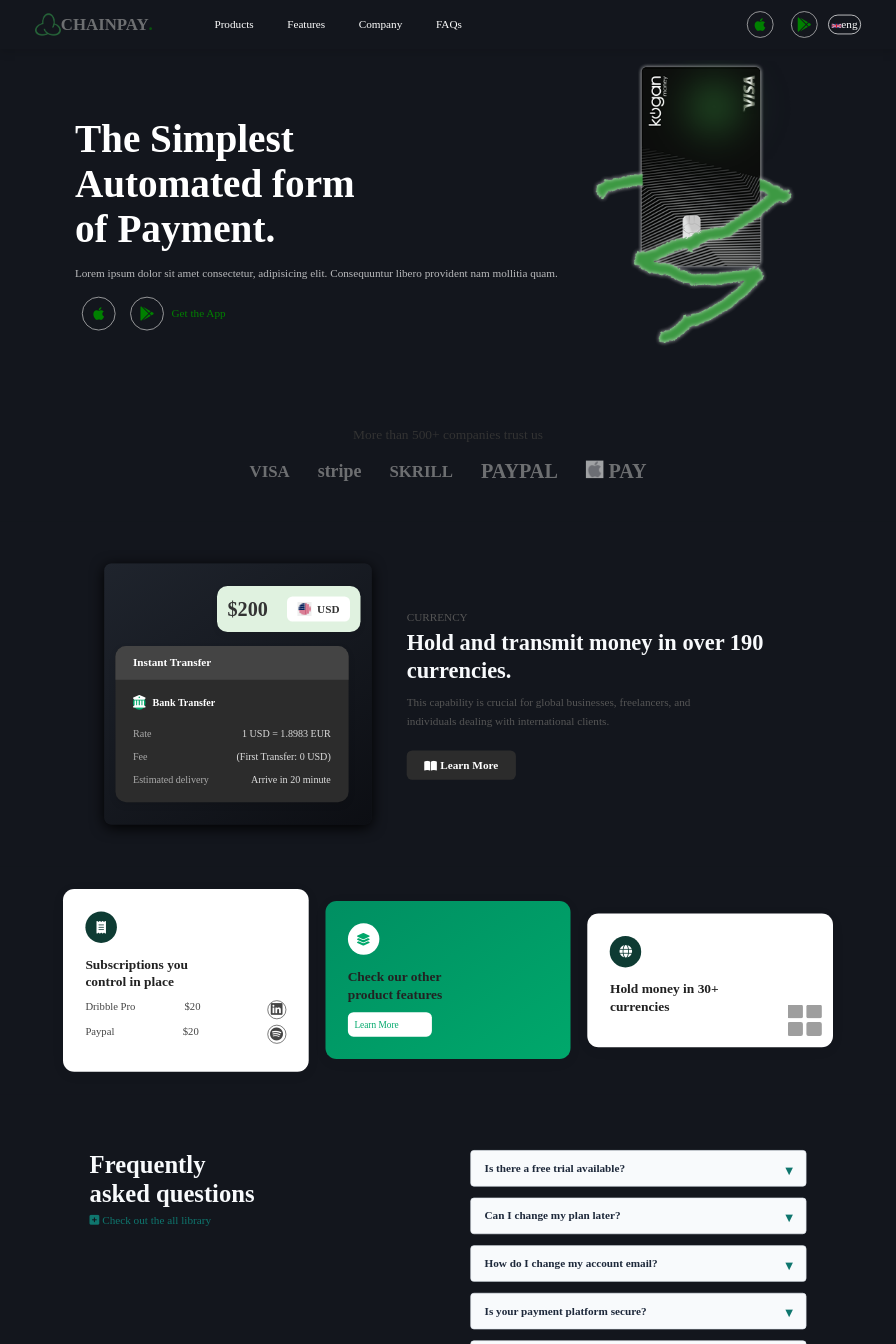
Repository: Austinokezie/Fintech-landing-page
Page: Chainpay.html
The author's editor kept a copy of each file at every save. The page is drawn from the files as they stood at one save, then again after the next save.
The browser window is 1280 px wide. The pictures show the part of the page from y = 0 to 1920 px (the page is 3010 px tall before and 3016 px after), at 70% of full size.
Pictures or frames that could not be fetched are drawn as grey boxes. Some web libraries are served in a nearby version.

Above is the page before, as saved 2025-10-17 19:18:12.

After the next save:
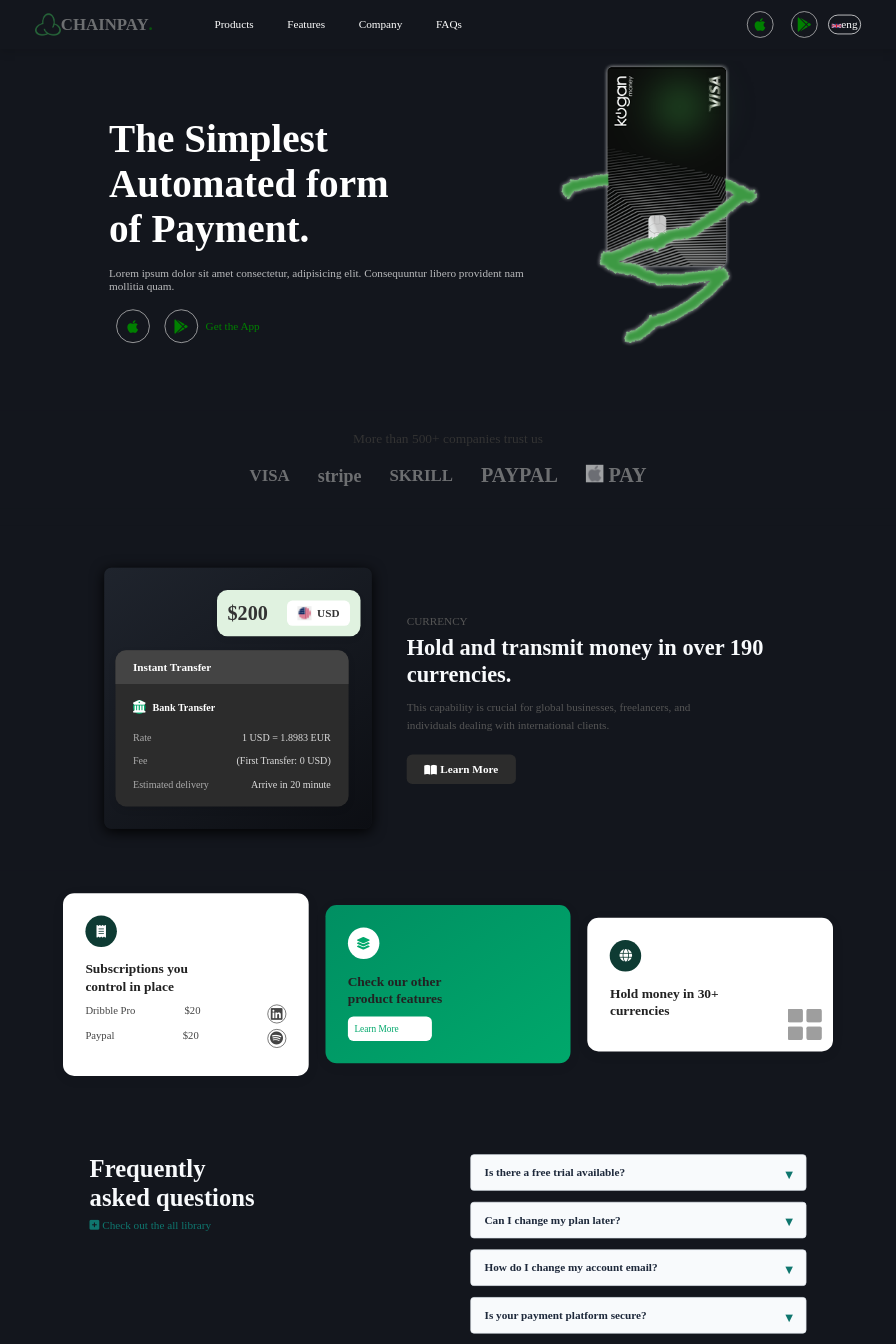
Saved 69 s later.
--- a/Chainpay.html
+++ b/Chainpay.html
@@ -45,7 +45,7 @@
                 <p>Automated form</p>
                 <p>of Payment.</p>
             </h1>
-            <p class="describe">Lorem ipsum dolor sit amet consectetur, adipisicing elit. Consequuntur libero provident nam mollitia quam.</p>
+            <p class="describe">Lorem ipsum dolor sit amet consectetur, adipisicing elit. Consequuntur libero provident nam <br>mollitia quam.</p>
             <div class="btnicons">
                 <i class="fa-brands fa-apple"></i>
                 <i class="fa-brands fa-google-play"></i>
